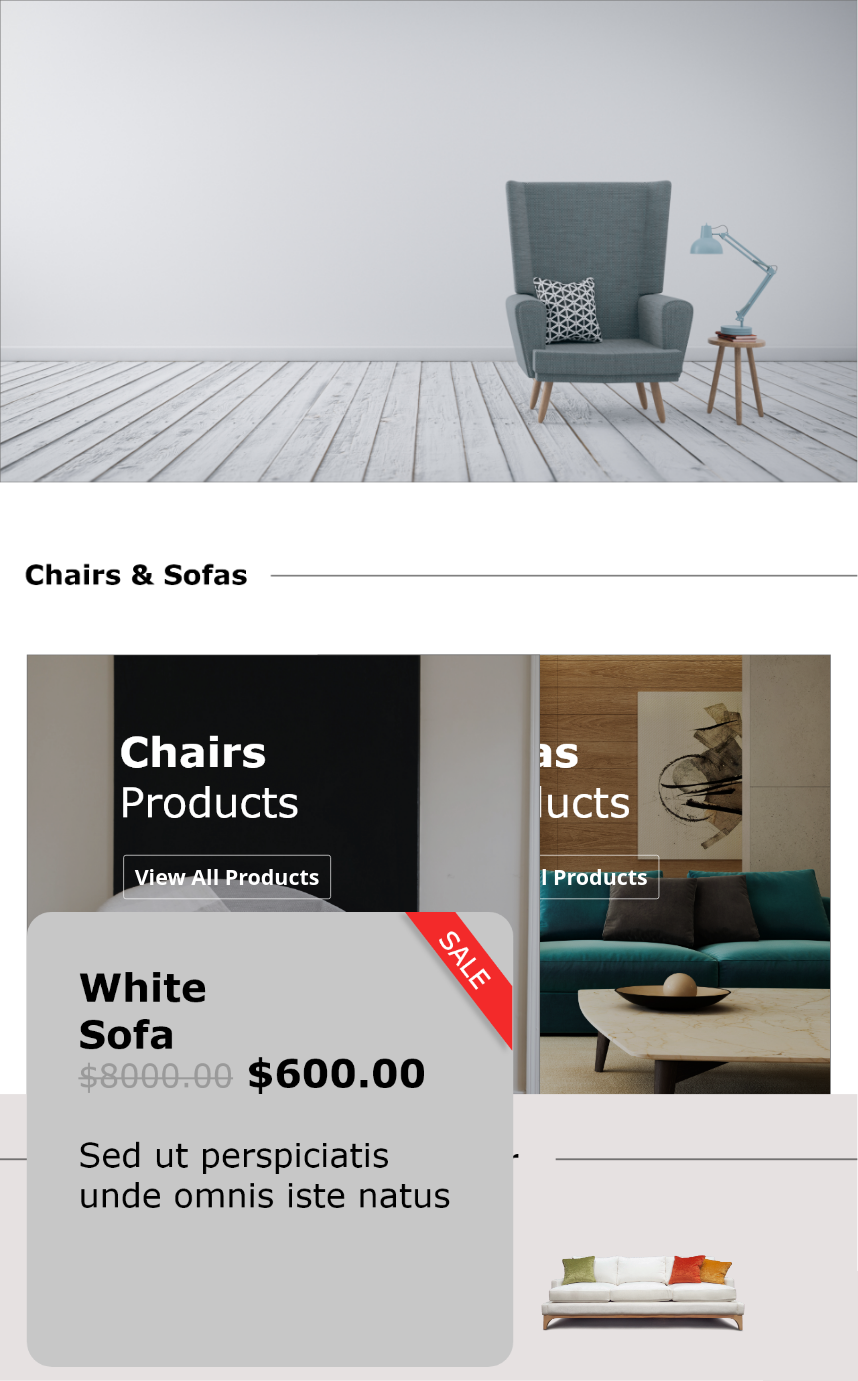
Repository: MEROO1010/creative_home
Page: /
The author's editor kept a copy of each file at every save. The page is drawn from the files as they stood at one save, then again after a run of saves.
The browser window is 1280 px wide. The pictures show the whole page, at 67% of full size.
The project was rebuilt for these pictures with package versions that can differ from the ones it lists, and the page was loaded fresh each time. The framework's server and built-in components were replaced by stand-ins that run in the browser. Also part of the build but not shown: next.config.js.

Above is the page before, as saved 2022-12-12 09:57:50.

After the next 2 saves:
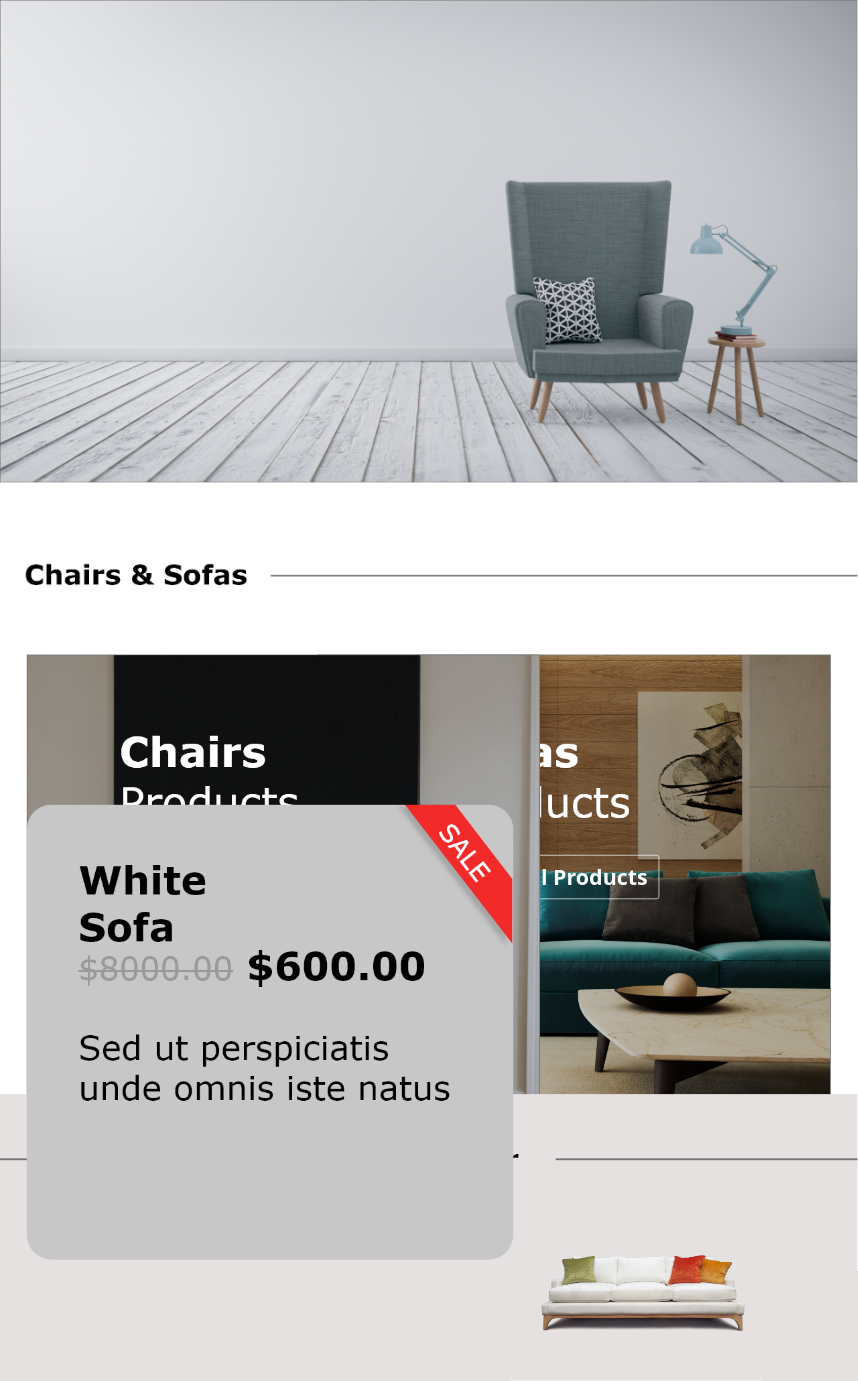
The 2 saves are shown as one change because they came seconds apart.
The last was saved 9 s later.
--- a/components/SpecialOffer.tsx
+++ b/components/SpecialOffer.tsx
@@ -21,7 +21,7 @@
 
          </div>
 
-         <div className='absolute py-4 px-10 bottom-1 '>
+         <div className='absolute py-4 px-10 bottom-1 my-40 '>
           <Image src={image2} alt=''/>
          </div>
     </div>

After the 5 saves that followed:
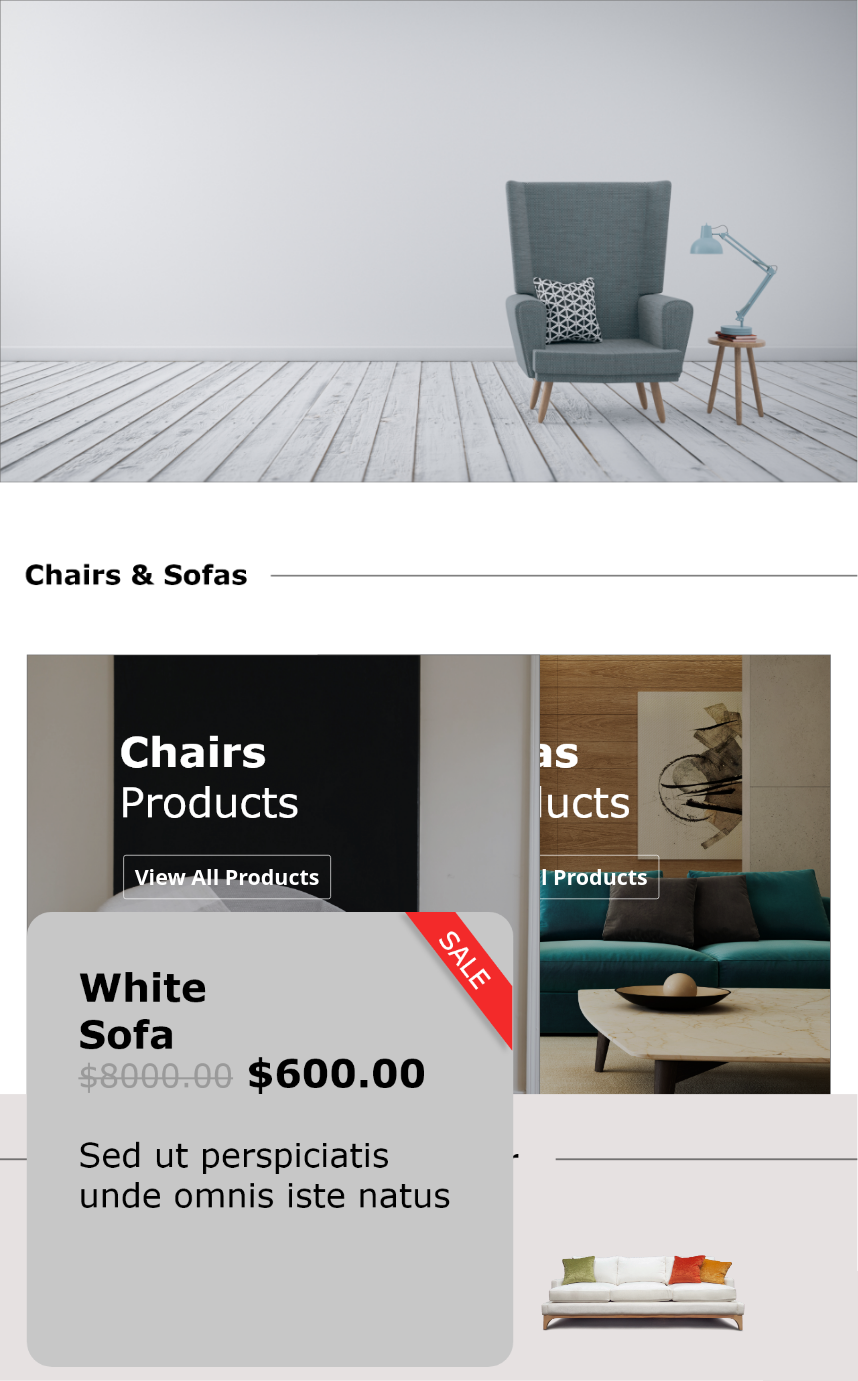
The 5 saves are shown as one change because they came seconds apart.
The last was saved 14 s later.
--- a/components/SpecialOffer.tsx
+++ b/components/SpecialOffer.tsx
@@ -21,7 +21,7 @@
 
          </div>
 
-         <div className='absolute py-4 px-10 bottom-1 my-40 '>
+         <div className='absolute py-4 px-10 bottom-1 my-140 '>
           <Image src={image2} alt=''/>
          </div>
     </div>
